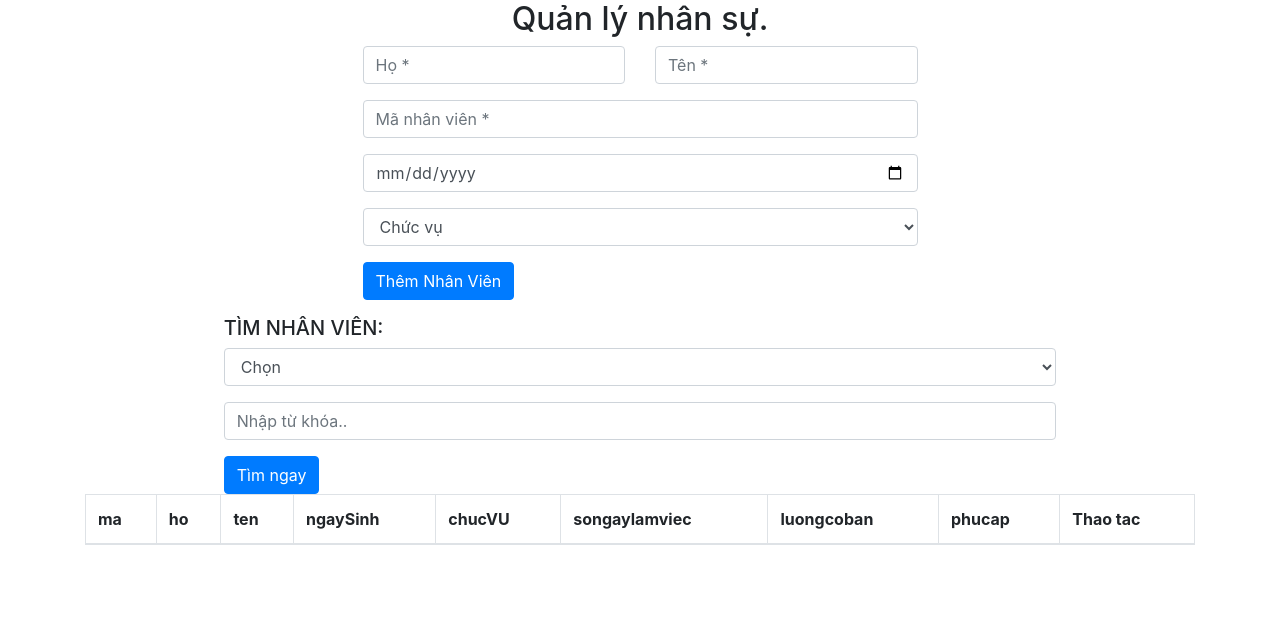
Repository: dovanthao2404/quanlynhanvien
Page: index.html
These files come from the project's save history. The page is drawn as it stood at one moment and after a run of saves; the edit follows.
The browser window is 1280 px wide. The pictures show the whole page.

Above is the page before, as saved 2021-06-30 16:11:39.

After the next 2 saves:
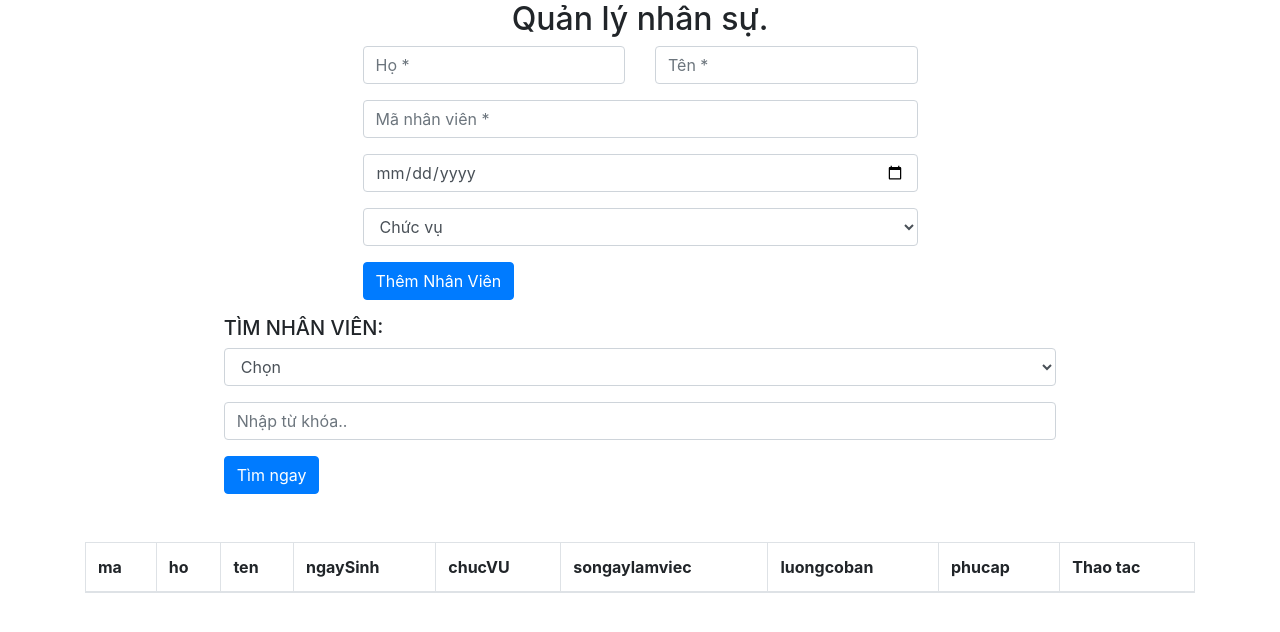
The 2 saves are shown as one change because they came seconds apart.
The last was saved 49 s later.
--- a/index.html
+++ b/index.html
@@ -93,7 +93,7 @@
       </div>
     </div>
 
-    <div id="hienthi" class="container">
+    <div id="hienThi" class="container mt-5">
       <table class="table table-bordered table-hover" id="tableHienThi">
         <thead>
           <th>ma</th>
